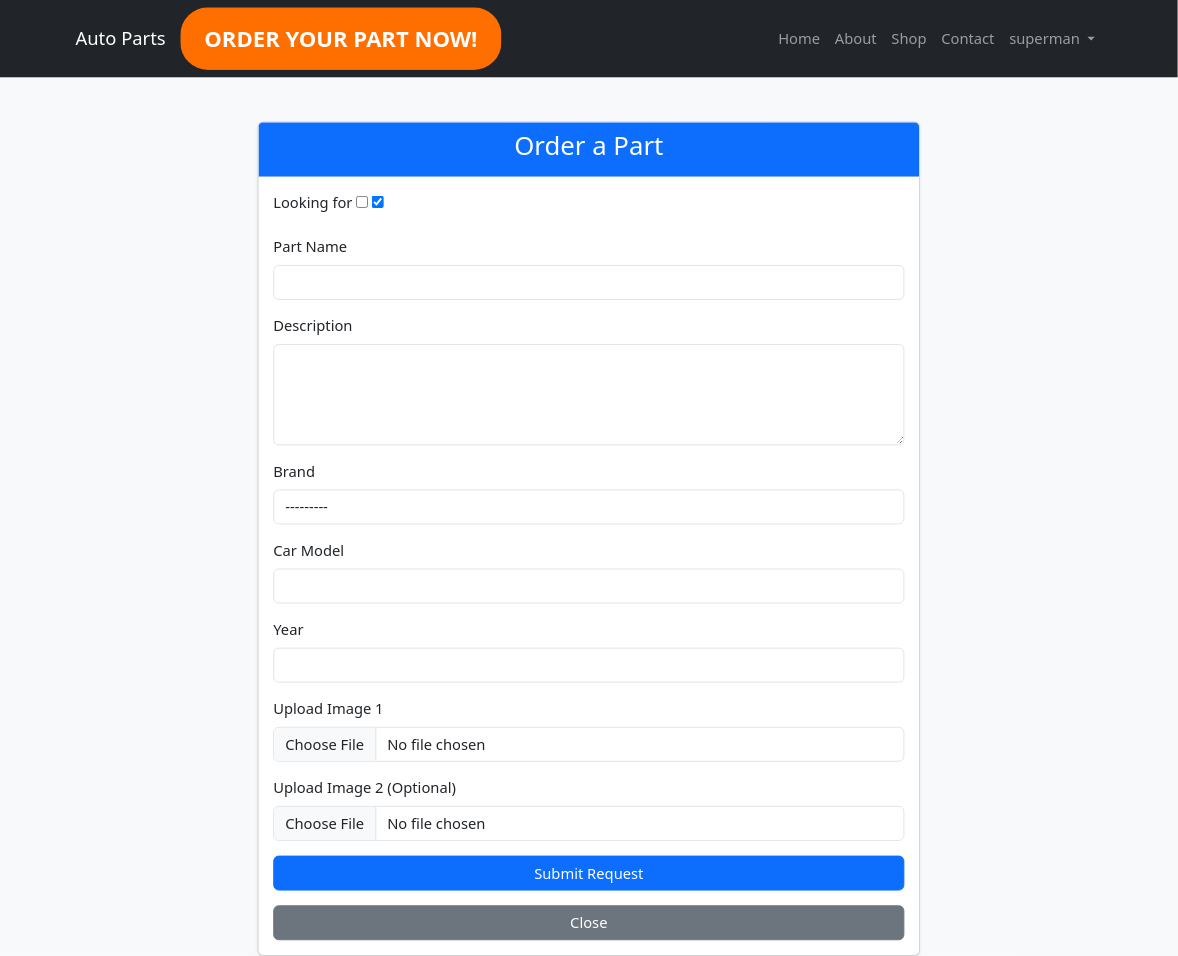
Repository: Jijiluzana225/onlineparts
Page: http://localhost/order/
These files come from the project's save history. The page is drawn as it stood at one moment and after the next save; the edit follows.
The browser window is 1280 px wide. The pictures show the whole page, at 92% of full size.
The page is served by the project's application, run on Django 5.2 (manage.py). The first stored user is signed in. Other server files are loaded and not shown. The page reads the database file committed with the project.

Above is the page before, as saved 2025-02-19 13:48:32.

### orders/templates/orders/order_part.html
{% extends 'orders/landing.html' %}


{% block content %}
<div class="container mt-5">
    <div class="row justify-content-center">
        <div class="col-md-8">
            <div class="card shadow-sm">
                <div class="card-header bg-primary text-white">
                    <h3 class="text-center">Order a Part</h3>
                </div>
                <div class="card-body">
                    <form method="post" enctype="multipart/form-data">
                        {% csrf_token %}

                        <div class="mb-3">
                            <label class="form-label">Looking for</label>
                            {{ form.brand_new }}
                            {{ form.used }}
                        </div>
                        <div class="mb-3">
                            <label class="form-label">Part Name</label>
                            {{ form.part_name }}
                        </div>


                        <div class="mb-3">
                            <label class="form-label">Description</label>
                            {{ form.description }}
                        </div>

                        <div class="mb-3">
                            <label class="form-label">Brand</label>
                            {{ form.brand }}
                        </div>

                        <div class="mb-3">
                            <label class="form-label">Car Model</label>
                            {{ form.car_model }}
                        </div>

                        <div class="mb-3">
                            <label class="form-label">Year</label>
                            {{ form.year }}
                        </div>

                        <div class="mb-3">
                            <label class="form-label">Upload Image 1</label>
                            {{ form.image1 }}
                        </div>

                        <div class="mb-3">
                            <label class="form-label">Upload Image 2 (Optional)</label>
                            {{ form.image2 }}
                        </div>

                        <button type="submit" class="btn btn-primary w-100">Submit Request</button>

                        <button type="button" class="btn btn-secondary w-100 mt-3" onclick="location.href='{% url 'home' %}'">
                            Close
                        </button>


                    </form>
                </div>
            </div>
        </div>
    </div>
</div>
{% endblock %}

### orders/templates/orders/landing.html
<!DOCTYPE html>
<html lang="en">
<head>
    <meta charset="UTF-8">
    <meta name="viewport" content="width=device-width, initial-scale=1">
    <title>{% block title %}Landing Page{% endblock %}</title>
    <link href="https://cdn.jsdelivr.net/npm/bootstrap@5.3.0/dist/css/bootstrap.min.css" rel="stylesheet">
    <style>
        body {
            background-color: #f8f9fa;
        }
        .hero {
            height: 80vh;
            display: flex;
            align-items: center;
            justify-content: center;
            text-align: center;
            background: url('https://source.unsplash.com/1600x900/?car,parts') no-repeat center center/cover;
            color: white;
            position: relative;
        }
        .hero-overlay {
            background: black;
            padding: 50px;
            border-radius: 10px;
        }
        .btn-custom {
            background-color: #ff6f00;
            color: white;
            border-radius: 30px;
            padding: 15px 25px;
            font-size: 1.5rem;
            font-weight: bold;
            text-transform: uppercase;
            transition: background 0.3s ease;
        }
        .btn-custom:hover {
            background-color: #e65c00;
        }
    </style>
    {% block extra_css %}{% endblock %}
</head>
<body>

<!-- Navbar -->
<nav class="navbar navbar-expand-lg navbar-dark bg-dark">
    <div class="container">
        <a class="navbar-brand" href="{% url 'home' %}">Auto Parts</a>
        <a href="{% url 'order_part' %}" class="btn btn-custom">Order Your Part Now!</a>
        <button class="navbar-toggler" type="button" data-bs-toggle="collapse" data-bs-target="#navbarNav">
            <span class="navbar-toggler-icon"></span>
        </button>
        <div class="collapse navbar-collapse" id="navbarNav">
            <ul class="navbar-nav ms-auto">
                <li class="nav-item"><a class="nav-link" href="{% url 'home' %}">Home</a></li>
                <li class="nav-item"><a class="nav-link" href="#">About</a></li>
                <li class="nav-item"><a class="nav-link" href="#">Shop</a></li>
                <li class="nav-item"><a class="nav-link" href="#">Contact</a></li>

                {% if user.is_authenticated %}
                    <li class="nav-item dropdown">
                        <a class="nav-link dropdown-toggle" href="#" id="userDropdown" role="button" data-bs-toggle="dropdown">
                            {{ user.username }}
                        </a>
                        <ul class="dropdown-menu">
                            <li><a class="dropdown-item" href="{% url 'profile_update' %}">Profile</a></li>
                            <li>
                                <form method="post" action="{% url 'logout' %}">
                                    {% csrf_token %}
                                    <button type="submit" class="dropdown-item">Logout</button>
                                </form>
                            </li>
                        </ul>
                    </li>
                {% else %}
                    <li class="nav-item"><a class="nav-link btn btn-secondary" href="{% url 'register' %}">Sign Up</a></li>
                {% endif %}
            </ul>
        </div>
    </div>
</nav>

<!-- Hero Section -->
{% comment %} <div class="hero">
    <div class="hero-overlay">
        <h1 class="mb-4">Request Your Auto Parts Here!</h1>
        <a href="{% url 'order_part' %}" class="btn btn-custom">Order Your Part Now!</a>
    </div>
</div> {% endcomment %}

<!-- Main Content -->
<main class="container mt-4">
    {% block content %}
    {% endblock %}
</main>

<!-- Bootstrap JS -->
<script src="https://cdn.jsdelivr.net/npm/bootstrap@5.3.0/dist/js/bootstrap.bundle.min.js"></script>
{% block extra_js %}{% endblock %}
</body>
</html>

### orders/forms.py
from django import forms
from django.contrib.auth.forms import UserCreationForm
from .models import Customer

class CustomerRegistrationForm(UserCreationForm):
    is_store = forms.BooleanField(
        required=False,
        widget=forms.CheckboxInput(attrs={'class': 'form-check-input'}),
        label="Register as a Store"
    )
    phone_number = forms.CharField(
        max_length=15,
        widget=forms.TextInput(attrs={'class': 'form-control', 'placeholder': 'Enter phone number'}),
        label="Phone Number"
    )
    address = forms.CharField(
        widget=forms.Textarea(attrs={'class': 'form-control', 'rows': 3, 'placeholder': 'Enter your Complete address'}),
        required=False,
        label="Complete Address"
    )

    class Meta:
        model = Customer
        fields = ['is_store','username', 'password1', 'password2', 'completename', 'email', 'phone_number', 'address']

        labels = {
            'completename': 'Full Name / Store Name',
            'email': 'Email',
            'address': 'Complete Address',
        }
        widgets = {
            'username': forms.TextInput(attrs={'class': 'form-control', 'placeholder': 'Enter username'}),
            'password1': forms.PasswordInput(attrs={
                'class': 'form-control',
                'placeholder': 'Enter password',
                'autocomplete': 'new-password',
                'minlength': '8'
            }),
            'password2': forms.PasswordInput(attrs={
                'class': 'form-control',
                'placeholder': 'Confirm password',
                'autocomplete': 'new-password',
                'minlength': '8'
            }),
            'completename': forms.TextInput(attrs={'class': 'form-control', 'placeholder': 'Enter full name'}),
            'email': forms.EmailInput(attrs={'class': 'form-control', 'placeholder': 'Enter email'}),
        }


from django import forms
from .models import Customer

class CustomerUpdateForm(forms.ModelForm):
    is_store = forms.BooleanField(
        required=False,
        widget=forms.CheckboxInput(attrs={'class': 'form-check-input'}),
        label="Register as a Store"
    )
    class Meta:
        model = Customer
        fields = ["is_store", "completename", "phone_number", "address"]
        labels = {
            'completename': 'Full Name / Store Name',
            'email': 'Email',
            'address': 'Complete Address',
        }
        widgets = {
            "completename": forms.TextInput(attrs={"class": "form-control"}),
            "phone_number": forms.TextInput(attrs={"class": "form-control"}),
            "address": forms.Textarea(attrs={"class": "form-control", "rows": 3}),
        }




from django import forms
from .models import PartRequest

class PartRequestForm(forms.ModelForm):
    class Meta:
        model = PartRequest
        fields = ["brand_new","used","part_name", "description", "image1", "image2", "brand", "year", "car_model"]
        widgets = {
            "description": forms.Textarea(attrs={"class": "form-control", "rows": 4}),
            "brand": forms.Select(attrs={"class": "form-control"}),
            "year": forms.NumberInput(attrs={"class": "form-control", "min": 1900, "max": 2100}),
            "car_model": forms.TextInput(attrs={"class": "form-control"}),
            "part_name": forms.TextInput(attrs={"class": "form-control"}),
        }

    image1 = forms.ImageField(required=True, widget=forms.FileInput(attrs={"class": "form-control"}))
    image2 = forms.ImageField(required=False, widget=forms.FileInput(attrs={"class": "form-control"}))

### orders/models.py
from django.contrib.auth.models import AbstractUser
from django.db import models
from django.contrib.auth.models import User
from django.conf import settings


class Customer(AbstractUser):
    completename = models.CharField(max_length=250 )
    phone_number = models.CharField(max_length=50 )
    address = models.TextField(blank=True, null=True)
    is_store = models.BooleanField(default=False)





    groups = models.ManyToManyField(
        "auth.Group",
        related_name="customer_users",  # Custom related name to avoid conflicts
        blank=True
    )
    user_permissions = models.ManyToManyField(
        "auth.Permission",
        related_name="customer_users_permissions",  # Custom related name
        blank=True
    )

    def __str__(self):
        return self.username

BRAND_CHOICES = [
    ("Toyota", "Toyota"),
    ("Mitsubishi", "Mitsubishi"),
    ("Honda", "Honda"),
    ("Nissan", "Nissan"),
    ("Ford", "Ford"),
    ("Isuzu", "Isuzu"),
    ("Hyundai", "Hyundai"),
    ("Kia", "Kia"),
    ("Chevrolet", "Chevrolet"),
    ("Suzuki", "Suzuki"),
    ("Daihatsu", "Daihatsu"),
    ("Mazda", "Mazda"),
    ("Subaru", "Subaru"),
    ("Fuso", "Fuso"),
    ("Hino", "Hino"),
    ("Tata", "Tata"),
    ("MAN", "MAN"),
    ("Scania", "Scania"),
    ("Volkswagen", "Volkswagen"),
    ("Chery", "Chery"),
    ("Foton", "Foton"),
    ("JAC", "JAC"),
    ("Dongfeng", "Dongfeng"),
    ("Changan", "Changan"),
    ("Geely", "Geely"),
    ("MG", "MG"),
    ("BYD", "BYD"),
    ("BAIC", "BAIC"),
    ("GAC", "GAC"),
    ("Maxus", "Maxus"),
]


# Part Request Model
class PartRequest(models.Model):
    brand_new = models.BooleanField(default=False)
    used = models.BooleanField(default=True)


    user = models.ForeignKey(settings.AUTH_USER_MODEL, on_delete=models.CASCADE)
    part_name = models.CharField(max_length=255)
    description = models.TextField()
    image1 = models.ImageField(upload_to="part_images/")
    image2 = models.ImageField(upload_to="part_images/")
    brand = models.CharField(max_length=255, choices=BRAND_CHOICES)
    year = models.PositiveIntegerField()
    car_model = models.CharField(max_length=255)
    created_at = models.DateTimeField(auto_now_add=True)

    def __str__(self):
        return f"{self.part_name} ({self.brand} - {self.car_model})"

### orders/views.py
from django.shortcuts import render, redirect
from .forms import CustomerRegistrationForm
from django.shortcuts import render, redirect
from django.contrib.auth import login, authenticate
from django.contrib.auth.forms import UserCreationForm

def register_view(request):
    if request.method == "POST":
        form = UserCreationForm(request.POST)
        if form.is_valid():
            user = form.save()  # Create the user
            username = form.cleaned_data.get("username")
            password = form.cleaned_data.get("password1")
            user = authenticate(username=username, password=password)  # Authenticate
            if user is not None:
                login(request, user)  # Auto-login user
                return redirect("landing")  # Redirect to landing page
    else:
        form = UserCreationForm()

    return render(request, "orders/register.html", {"form": form})


def landing_page(request):
    return render(request, 'orders/landing.html')



from django.shortcuts import render, redirect
from django.contrib.auth.decorators import login_required
from .forms import CustomerUpdateForm

@login_required
def profile_update_view(request):
    user = request.user
    if request.method == "POST":
        form = CustomerUpdateForm(request.POST, instance=user)
        if form.is_valid():
            form.save()
            return redirect("home")  # Stay on profile page after saving
    else:
        form = CustomerUpdateForm(instance=user)

    return render(request, "orders/profile_update.html", {"form": form})



from django.shortcuts import render, redirect
from django.contrib.auth.decorators import login_required
from .forms import PartRequestForm

@login_required
def order_part_view(request):
    if request.method == "POST":
        form = PartRequestForm(request.POST, request.FILES)
        if form.is_valid():
            part_request = form.save(commit=False)
            part_request.user = request.user
            part_request.save()
            return redirect("order_success")  # Redirect to a success page
    else:
        form = PartRequestForm()

    return render(request, "orders/order_part.html", {"form": form})


def order_success(request):
    return render(request, "orders/order_success.html")

### Onlinespareparts/urls.py
from django.contrib import admin
from django.urls import path, include
from django.conf import settings
from django.conf.urls.static import static

urlpatterns = [
    path('admin/', admin.site.urls),
    path('', include('orders.urls')),
]

urlpatterns += static(settings.MEDIA_URL, document_root=settings.MEDIA_ROOT)

### orders/urls.py
from django.urls import path
from .views import *
from django.contrib.auth import views as auth_views


urlpatterns = [
    path('register/', register_view, name='register'),
    path('login/', auth_views.LoginView.as_view(template_name='orders/login.html'), name='login'),
    path('logout/', auth_views.LogoutView.as_view(next_page='login'), name='logout'),
    path('', landing_page, name='home'),  # This makes the landing page accessible at "/"
    path('profile/update/', profile_update_view, name='profile_update'),
    path("order/", order_part_view, name="order_part"),
    path("order-success/", order_success, name="order_success"),
]

### db.sqlite3 (the tables this page reads, as SQL)
CREATE TABLE "orders_customer" ("id" integer NOT NULL PRIMARY KEY AUTOINCREMENT, "password" varchar(128) NOT NULL, "last_login" datetime NULL, "is_superuser" bool NOT NULL, "username" varchar(150) NOT NULL UNIQUE, "first_name" varchar(150) NOT NULL, "last_name" varchar(150) NOT NULL, "email" varchar(254) NOT NULL, "is_staff" bool NOT NULL, "is_active" bool NOT NULL, "date_joined" datetime NOT NULL, "address" text NULL, "completename" varchar(250) NOT NULL, "is_store" bool NOT NULL, "phone_number" varchar(50) NOT NULL);
INSERT INTO "orders_customer" VALUES
(1, 'pbkdf2_sha256$870000$VHQkwlPfUP1SNa0vBYsA7k$xsI35DDTdhc7H3JwGuztpMY/AAeYScYKnnqDLhE/+0g=', '2025-02-19 02:28:15.167806', 0, 'superman', '', '', '', 0, 1, '2025-02-19 02:28:10.405698', 'indahag, cagayan de oro city
phase1, sitio bato', 'Virgilio Luzana', 0, '09177043781'),
(2, 'pbkdf2_sha256$870000$GhjSe6JSIdMJIwcGOd7stu$XxR9+I6HrKTBmuHSeI9PfhQ2XuxXIJ+ORDY020h+u8U=', '2025-02-19 08:37:37.557177', 1, 'jiji', '', '', 'avs@yaho.com', 1, 1, '2025-02-19 02:37:26.988108', NULL, '', 0, ''),
(3, 'pbkdf2_sha256$870000$lyKv2UQ69dKomsfcFp8UGi$PZ5e/sLGaO3Y0FBcV3+q1HIlxv7XmPYnS6bMstYYly8=', '2025-02-19 10:18:33.936735', 0, 'x', '', '', '', 0, 1, '2025-02-19 04:28:33.327759', 'indahag, cagayan de oro city
phase1, sitio bato', 'Virgilio Luzana', 1, '09177043782'),
(4, 'pbkdf2_sha256$870000$1Ue3r2T8hpDVj8mkZsli0o$5FlyLAhfa8jIHZZtGiX/8F64IjlzjU4ghlo7uPokTI0=', '2025-02-19 10:20:35.401779', 1, 'j3', '', '', '', 1, 1, '2025-02-19 04:36:55', 'indahag, cagayan de oro city
phase1, sitio bato', 'Cagayan de Oro Automotives', 1, '09177043781');

After the next save:
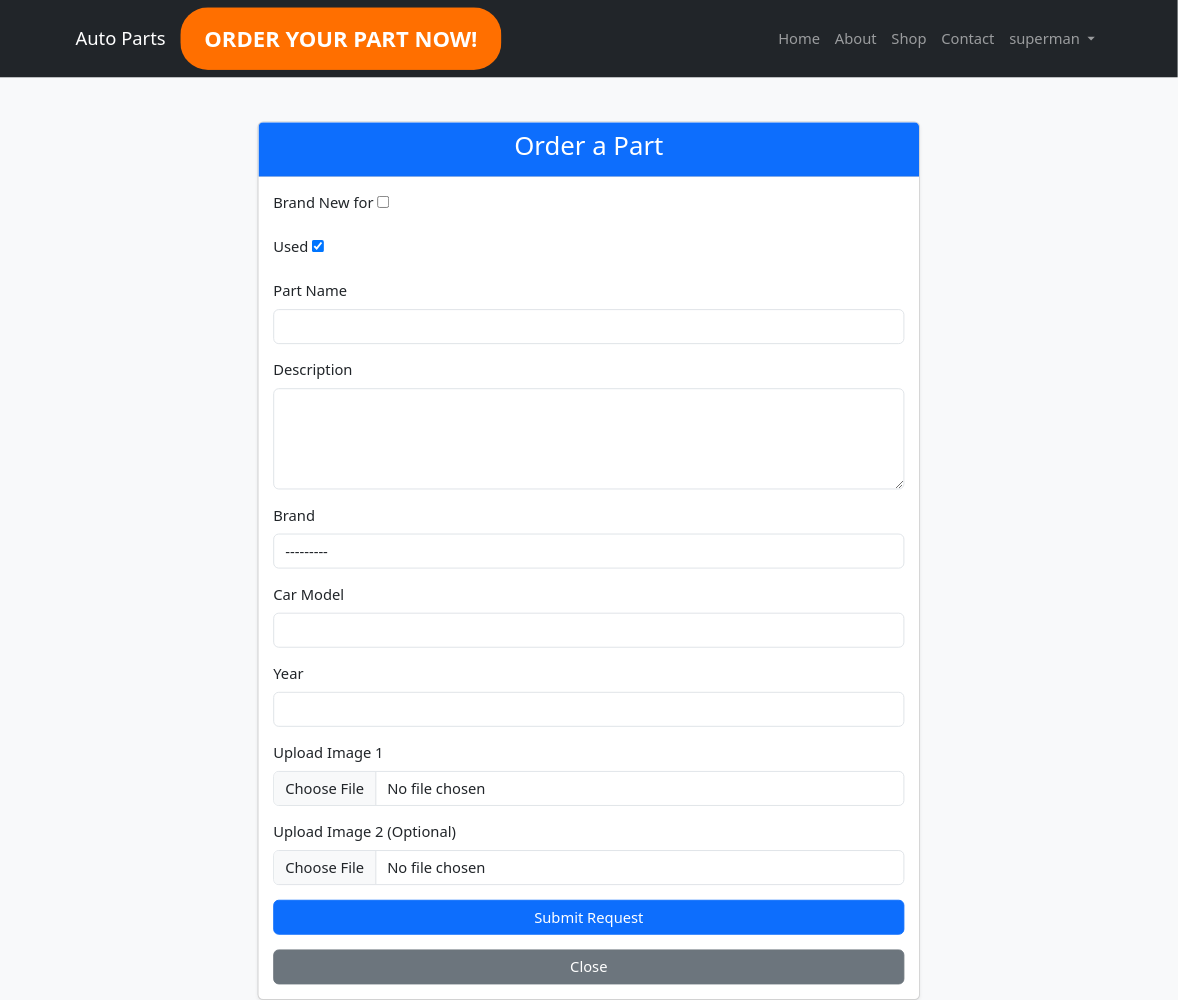
Saved 40 s later.
--- a/orders/templates/orders/order_part.html
+++ b/orders/templates/orders/order_part.html
@@ -14,8 +14,13 @@
                         {% csrf_token %}
 
                         <div class="mb-3">
-                            <label class="form-label">Looking for</label>
+                            <label class="form-label">Brand New for</label>
                             {{ form.brand_new }}
+
+                        </div>
+                        <div class="mb-3">
+                            <label class="form-label">Used</label>
+
                             {{ form.used }}
                         </div>
                         <div class="mb-3">
